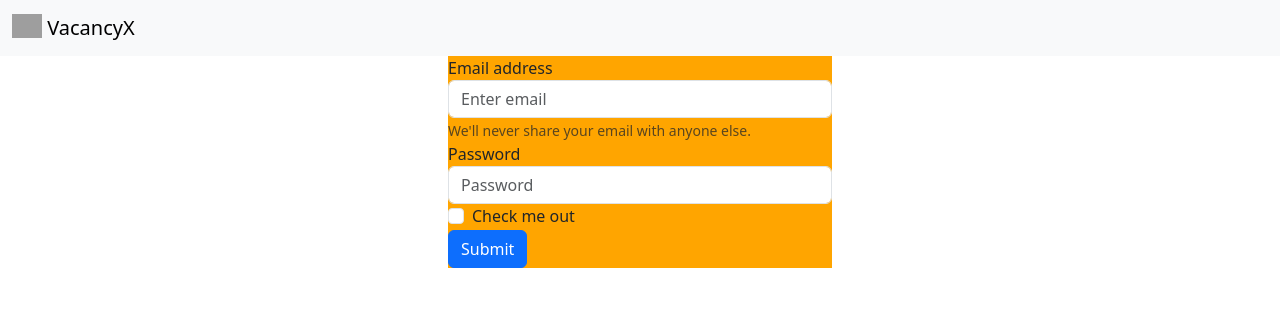
Repository: zipArk99/Vacancy-portal-serv
Page: http://localhost/VacancyPortal/
An editor plug-in stored every save of this project. The page is shown before and after the next save, followed by the edit.
The browser window is 1280 px wide. The pictures show the whole page.
Pictures or frames that could not be fetched are drawn as grey boxes. The page is served by Tomcat 9. Other server files are loaded and not shown.

Above is the page before, as saved 2024-08-14 10:12:18.

### VacancyPortal/src/main/webapp/index.jsp
<%@ page language="java" contentType="text/html; charset=UTF-8"
	pageEncoding="UTF-8"%>
<%@ taglib prefix="c" uri="http://java.sun.com/jsp/jstl/core"%>
<%@ page isELIgnored="false" %>
<!DOCTYPE html>
<html>
<head>
 <meta charset="utf-8">
    <meta name="viewport" content="width=device-width, initial-scale=1">
    <title>SOAP Registration</title>
    <link href="https://cdn.jsdelivr.net/npm/bootstrap@5.3.3/dist/css/bootstrap.min.css" rel="stylesheet" integrity="sha384-QWTKZyjpPEjISv5WaRU9OFeRpok6YctnYmDr5pNlyT2bRjXh0JMhjY6hW+ALEwIH" crossorigin="anonymous">
</head>
<body>
<%@ include file="header.jsp" %>

<div style="width:30%; margin: auto; background-color:orange;">
<form action="#" method="POST">

  <div class="form-group">
    <label for="exampleInputEmail1">Email address</label>
    <input type="email" name="email" class="form-control" id="exampleInputEmail1" aria-describedby="emailHelp" placeholder="Enter email">
    <small id="emailHelp" class="form-text text-muted">We'll never share your email with anyone else.</small>
  </div>
  <div class="form-group">
    <label for="exampleInputPassword1">Password</label>
    <input name="password" type="password" class="form-control" id="exampleInputPassword1" placeholder="Password">
  </div>
  <div class="form-group form-check">
    <input type="checkbox" class="form-check-input" id="exampleCheck1" name="check">
    <label class="form-check-label" for="exampleCheck1">Check me out</label>
  </div>
  <button type="submit" class="btn btn-primary">Submit</button>
</form>
</div>
</body>
</html>

### VacancyPortal/src/main/webapp/header.jsp
<%@ page language="java" contentType="text/html; charset=UTF-8"
    pageEncoding="UTF-8"%>
<!DOCTYPE html>
<html>
  <head>
    <meta charset="utf-8">
    <meta name="viewport" content="width=device-width, initial-scale=1">
    <title>Bootstrap demo</title>
    <link href="https://cdn.jsdelivr.net/npm/bootstrap@5.3.3/dist/css/bootstrap.min.css" rel="stylesheet" integrity="sha384-QWTKZyjpPEjISv5WaRU9OFeRpok6YctnYmDr5pNlyT2bRjXh0JMhjY6hW+ALEwIH" crossorigin="anonymous">
  </head>
<body>

<nav class="navbar navbar-light bg-light">
  <div class="container-fluid">
    <a class="navbar-brand" href="#">
      <img src="/docs/5.0/assets/brand/bootstrap-logo.svg" alt="" width="30" height="24" class="d-inline-block align-text-top">
      VacancyX
    </a>
  </div>
</nav>
</body>
</html>

After the next save:
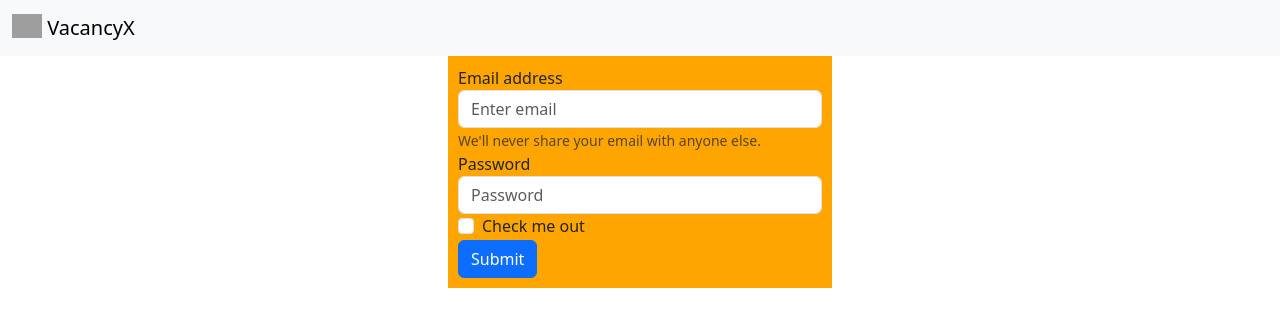
Saved 14 s later.
--- a/VacancyPortal/src/main/webapp/index.jsp
+++ b/VacancyPortal/src/main/webapp/index.jsp
@@ -13,7 +13,7 @@
 <body>
 <%@ include file="header.jsp" %>
 
-<div style="width:30%; margin: auto; background-color:orange;">
+<div style="width:30%; margin: auto; background-color:orange; padding:10px;">
 <form action="#" method="POST">
 
   <div class="form-group">
